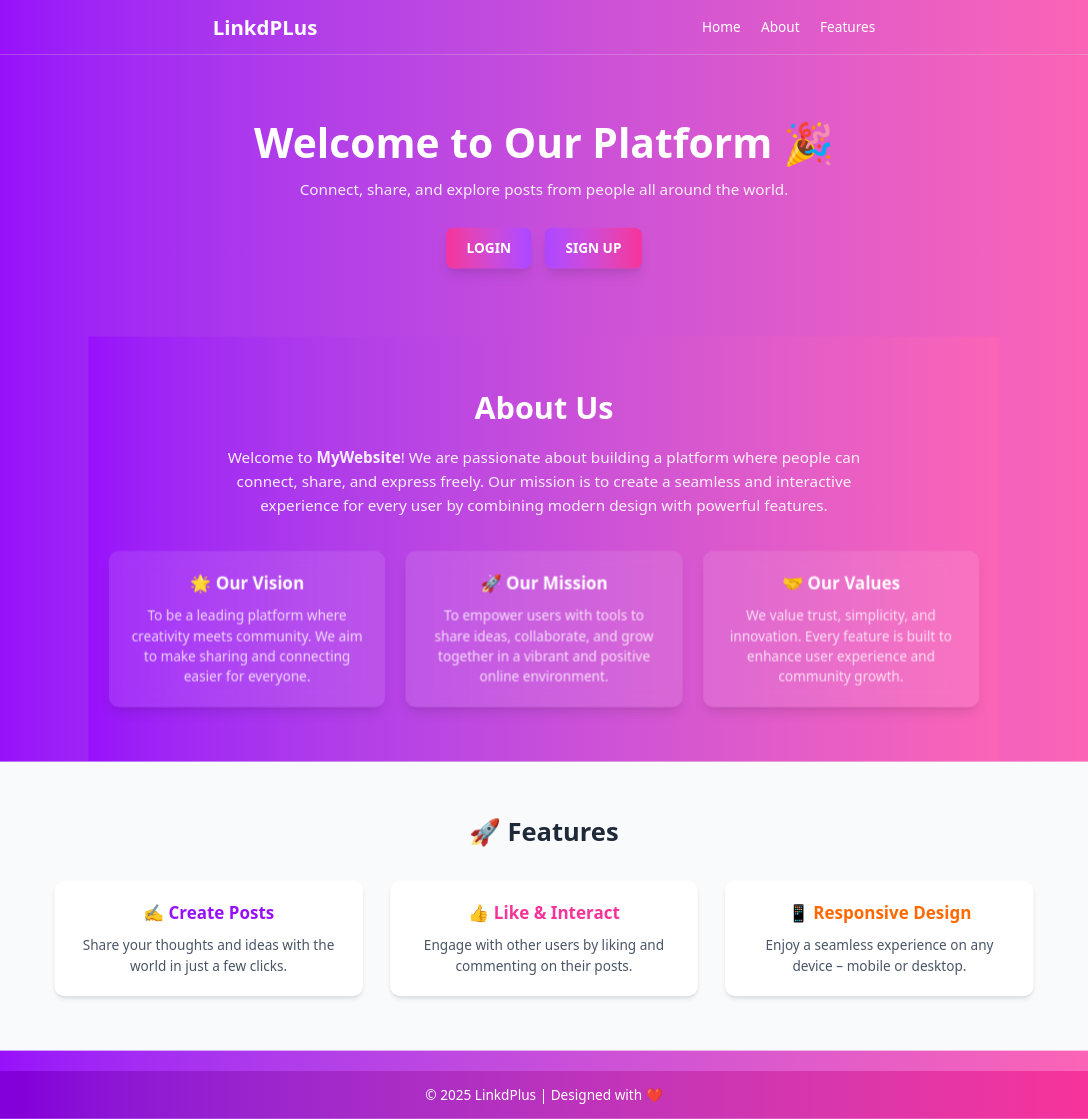
Repository: Tushal27/LinkdPlus-Frontend
Page: /
The author's editor kept a copy of each file at every save. The page is drawn from the files as they stood at one save, then again after the next save.
The browser window is 1280 px wide. The pictures show the whole page, at 85% of full size.
The project was rebuilt for these pictures with package versions that can differ from the ones it lists, and the page was loaded fresh each time. Also part of the build but not shown: vite.config.js, src/pages/Login.jsx, src/pages/Register.jsx, src/pages/Profile.jsx, src/components/CommentsDrawer.jsx, src/pages/Posts.jsx, src/pages/EditProfile.jsx. Imported but missing from the stored project, and not drawn on this page: src/components/PostCard, src/pages/Layout.

Above is the page before, as saved 2025-08-04 04:19:48.

### src/main.jsx
import { createRoot } from 'react-dom/client'
import AuthProvider from './context/AuthProvider'
import { BrowserRouter } from'react-router-dom'
import './index.css'
import App from './App.jsx'

createRoot(document.getElementById('root')).render(
    <BrowserRouter>
      <AuthProvider>
        <App />
      </AuthProvider>
    </BrowserRouter>
)

### src/context/AuthProvider.jsx
import { useEffect, useState } from "react";
import {jwtDecode} from "jwt-decode";
import api from "../api/axios";
import AuthContext from "./AuthContext";

export default function AuthProvider({ children }) {
  const [user, setUser] = useState(null);

  const Login = async (email, password) => {
    try {
      const res = await api.post("/login/", { email, password });
      localStorage.setItem("access", res.data.access);
      localStorage.setItem("refresh", res.data.refresh);
      setUser({ email });
      return true;
    } catch (err) {
      console.log(err);
      return false;
    }
  };

  const Register = async (email, password, re_password, first_name, last_name) => {
    try {
      await api.post("/register/", { email, password, re_password, first_name, last_name });
      await Login(email, password); // Auto login
      return true;
    } catch (err) {
      return err.response?.data || { detail: "Something went wrong" };
    }
  };

  const Logout = () => {
    localStorage.removeItem("access");
    localStorage.removeItem("refresh");
    setUser(null);
  };

  // 🔹 Auto Refresh Token Function
  const refreshAccessToken = async () => {
    try {
      const refresh = localStorage.getItem("refresh");
      if (!refresh) return Logout();

      const res = await api.post("/token/refresh/", { refresh });
      localStorage.setItem("access", res.data.access);
    } catch (err) {
      console.log("Failed to refresh token:", err);
      Logout();
    }
  };

  // 🔹 Check every 4 minutes (or before expiry)
  useEffect(() => {
    const interval = setInterval(() => {
      const access = localStorage.getItem("access");
      if (!access) return;

      try {
        const decoded = jwtDecode(access);
        if (decoded.exp * 1000 < Date.now() + 60000) {
          refreshAccessToken();
        }
      } catch {
        refreshAccessToken();
      }
    }, 4 * 60 * 1000); // every 4 mins

    return () => clearInterval(interval);
  }, []);

  return (
    <AuthContext.Provider value={{ user, Login, Register, Logout }}>
      {children}
    </AuthContext.Provider>
  );
}

### src/index.css
@import  "tailwindcss";

.bg-gradient{
   @apply bg-gradient-to-r from-blue-500 via-purple-500 to-pink-500;
}
.input-box{
    @apply w-full p-2 border mb-3 rounded;
}
.flex-center{
    @apply flex justify-center items-center;
}
.button-main{
    @apply text-white rounded-md ring text-2xl px-2 mx-2 focus:ring-blue-500;
}
.h1-main{
    @apply text-2xl sm:text-4xl  md:text-5xl lg:text-7xl
}

### src/App.jsx
import { Routes,Route } from "react-router-dom";
import Login from "./pages/Login";
import Register from "./pages/Register";
import HomePage from "./pages/HomePage";
import Profile from "./pages/Profile";
import Posts from "./pages/Posts";
import EditProfile from "./pages/EditProfile";
import Features from "./components/Features";
export default function App() {
  return (<>
      <Routes>
        <Route path="/" element={ <HomePage />}/>
        <Route path="/login" element={<Login/>} />
        <Route path="/Register" element={<Register/>} />
        <Route path="/Posts" element={<Posts/>} />
        <Route path="/Profile" element={<Profile/>} />
        <Route path="/Edit-Profile" element={<EditProfile/>} />
        <Route path="/Features" element={<Features/>} />

      </Routes>
      </>
  );
}

### src/api/axios.js
import axios from "axios";

const api = axios.create({
    baseURL: 'http://127.0.0.1:8000/api',
});

api.interceptors.request.use(
    (config) => {
        const token = localStorage.getItem("access");
        console.log("token");
        console.log(token);
        if (token) {
            config.headers.Authorization = `Bearer ${token}`;
        }
        return config;
    },
    (error) => Promise.reject(error)
);

export default api;

### src/context/authcontext.js
import { createContext } from "react";
export const AuthContext = createContext();

export default AuthContext;

### src/pages/HomePage.jsx
import React from "react";
import { useNavigate } from "react-router-dom";
import Navbar from "../components/Navbar";
import Features from "../components/Features";
import AboutUs from "../components/AboutUs";

export default function HomePage() {
  const navigate = useNavigate();

  return (
    <>
    <Navbar />
    <div className="min-h-screen flex flex-col items-center bg-gradient-to-r from-purple-600 to-pink-400">
      {/*  Hero Section */}
      <section className="w-full max-w-6xl text-center py-20 px-6">
        <h1 className="text-4xl md:text-5xl font-bold text-white mb-4">
          Welcome to Our Platform 🎉
        </h1>
        <p className="text-lg text-white opacity-90 mb-8">
          Connect, share, and explore posts from people all around the world.
        </p>
        <div className="flex flex-col sm:flex-row gap-4 justify-center">
          <button
            onClick={() => navigate("/login")}
            className="px-6 py-3 rounded-lg bg-gradient-to-r from-pink-500 to-purple-500 text-white font-bold shadow-lg hover:from-pink-600 hover:to-purple-600 transition"
          >
            LOGIN
          </button>
          <button
            onClick={() => navigate("/register")}
            className="px-6 py-3 rounded-lg bg-gradient-to-r from-purple-500 to-pink-500 text-white font-bold shadow-lg hover:from-purple-600 hover:to-pink-600 transition"
          >
            SIGN UP
          </button>
        </div>
      </section>

      <AboutUs />
      <Features  />
      {/* Footer */}
      <footer className="w-full bg-gradient-to-r from-purple-700 to-pink-500 text-white text-center py-4 mt-6">
        © 2025 LinkdPlus | Designed with ❤
      </footer>
    </div>
    </>
  );
}

### src/components/Features.jsx
export default function Features() {

    return (
      <section id="#features" className="w-full bg-gray-50 py-16 px-6">
        <div className="max-w-6xl mx-auto">
          <h2 className="text-3xl font-bold text-center mb-10 text-gray-800">
            🚀 Features
          </h2>
          <div className="grid grid-cols-1 md:grid-cols-3 gap-8">
            {/* Feature 1 */}
            <div className="bg-white p-6 rounded-xl shadow-md text-center hover:shadow-xl transition">
              <h3 className="text-xl font-semibold mb-3 text-purple-600">
                ✍ Create Posts
              </h3>
              <p className="text-gray-600">
                Share your thoughts and ideas with the world in just a few
                clicks.
              </p>
            </div>
            {/* Feature 2 */}
            <div className="bg-white p-6 rounded-xl shadow-md text-center hover:shadow-xl transition">
              <h3 className="text-xl font-semibold mb-3 text-pink-500">
                👍 Like & Interact
              </h3>
              <p className="text-gray-600">
                Engage with other users by liking and commenting on their posts.
              </p>
            </div>
            {/* Feature 3 */}
            <div className="bg-white p-6 rounded-xl shadow-md text-center hover:shadow-xl transition">
              <h3 className="text-xl font-semibold mb-3 text-orange-500">
                📱 Responsive Design
              </h3>
              <p className="text-gray-600">
                Enjoy a seamless experience on any device – mobile or desktop.
              </p>
            </div>
          </div>
        </div>
      </section>
    );
}

### src/components/Navbar.jsx
import React from "react";
import { Link, useNavigate } from "react-router-dom";

export default function Navbar() {
  const navigate = useNavigate();

  return (
    <nav className="bg-gradient-to-r from-purple-600 to-pink-400 px-6 py-4 shadow-lg">
      <div className=" max-w-7xl mx-auto flex items-center justify-around">
        {/* Logo */}
        <h1
          className="text-2xl font-bold text-white cursor-pointer"
          onClick={() => navigate("/")}
        >
          LinkdPLus
        </h1>

        {/* Links */}
        <div className="hidden md:flex gap-6 text-white font-medium">
          <Link to="/" className="hover:underline">
            Home
          </Link>
          <Link to="/about" className="hover:underline">
            About
          </Link>
          <Link to="/features" className="hover:underline">
            Features
          </Link>
        </div>
        </div>
    </nav>
  );
}

### src/components/AboutUs.jsx
import React from "react";

export default function AboutUs() {
  return (
    <section className="py-16 px-6 bg-gradient-to-r from-purple-600 to-pink-400 text-white">
      <div className="max-w-5xl mx-auto text-center">
        <h2 className="text-4xl font-bold mb-6">About Us</h2>
        <p className="text-lg opacity-90 mb-10 max-w-3xl mx-auto">
          Welcome to <span className="font-semibold">MyWebsite</span>!
          We are passionate about building a platform where people can connect, share, and express freely.
          Our mission is to create a seamless and interactive experience for every user by combining
          modern design with powerful features.
        </p>

        {/* Key Highlights */}
        <div className="grid grid-cols-1 md:grid-cols-3 gap-6 mt-10">
          <div className="p-6 bg-white/10 rounded-xl backdrop-blur-md shadow-lg">
            <h3 className="text-xl font-semibold mb-3">🌟 Our Vision</h3>
            <p className="opacity-80">
              To be a leading platform where creativity meets community.
              We aim to make sharing and connecting easier for everyone.
            </p>
          </div>

          <div className="p-6 bg-white/10 rounded-xl backdrop-blur-md shadow-lg">
            <h3 className="text-xl font-semibold mb-3">🚀 Our Mission</h3>
            <p className="opacity-80">
              To empower users with tools to share ideas, collaborate, and grow together
              in a vibrant and positive online environment.
            </p>
          </div>

          <div className="p-6 bg-white/10 rounded-xl backdrop-blur-md shadow-lg">
            <h3 className="text-xl font-semibold mb-3">🤝 Our Values</h3>
            <p className="opacity-80">
              We value trust, simplicity, and innovation.
              Every feature is built to enhance user experience and community growth.
            </p>
          </div>
        </div>
      </div>
    </section>
  );
}

Loaded but not shown: index.html (common file)

After the next save:
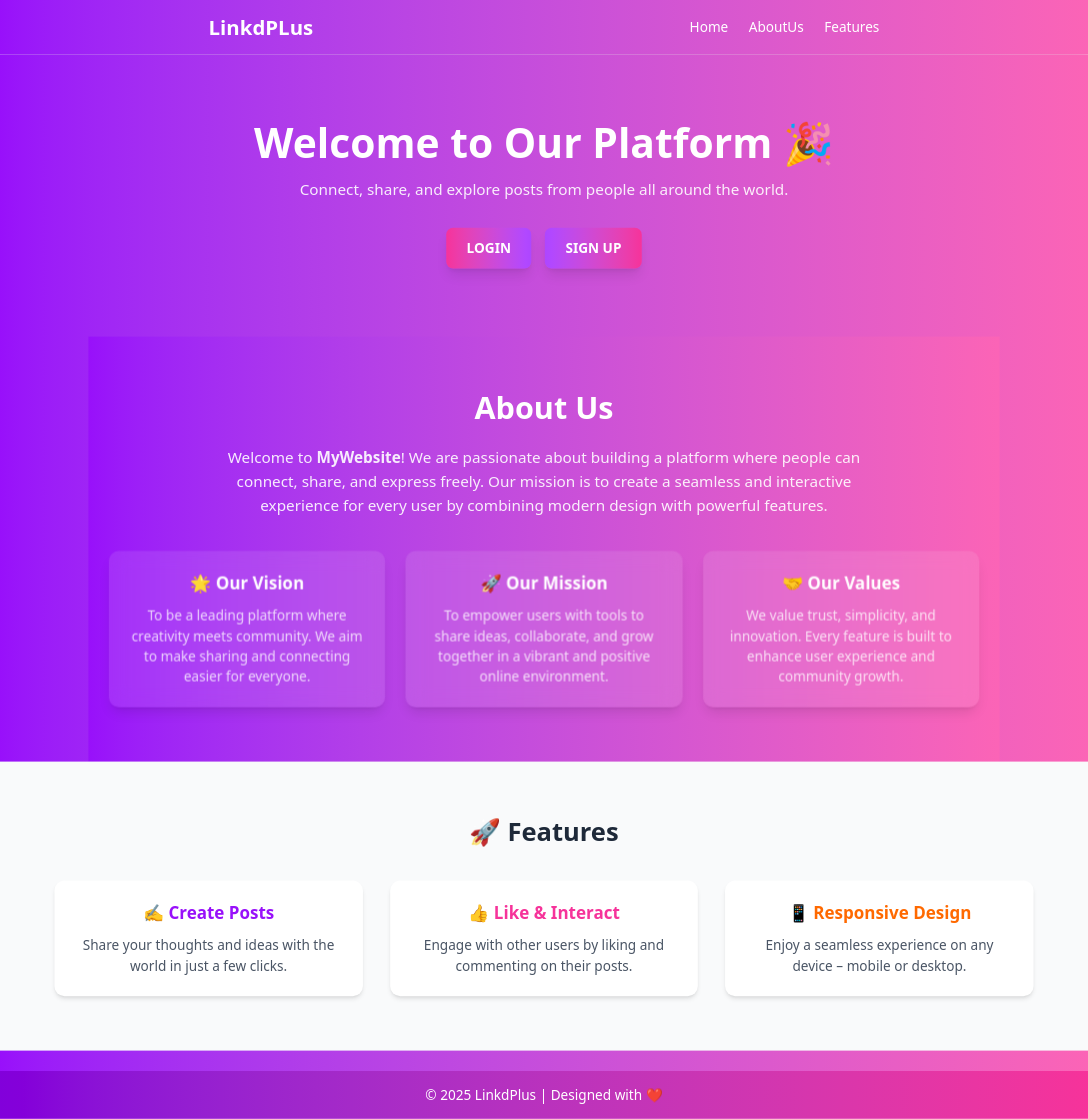
Saved 12 s later.
--- a/src/components/Navbar.jsx
+++ b/src/components/Navbar.jsx
@@ -20,8 +20,8 @@
           <Link to="/" className="hover:underline">
             Home
           </Link>
-          <Link to="/about" className="hover:underline">
-            About
+          <Link to="/aboutus" className="hover:underline">
+            AboutUs
           </Link>
           <Link to="/features" className="hover:underline">
             Features
